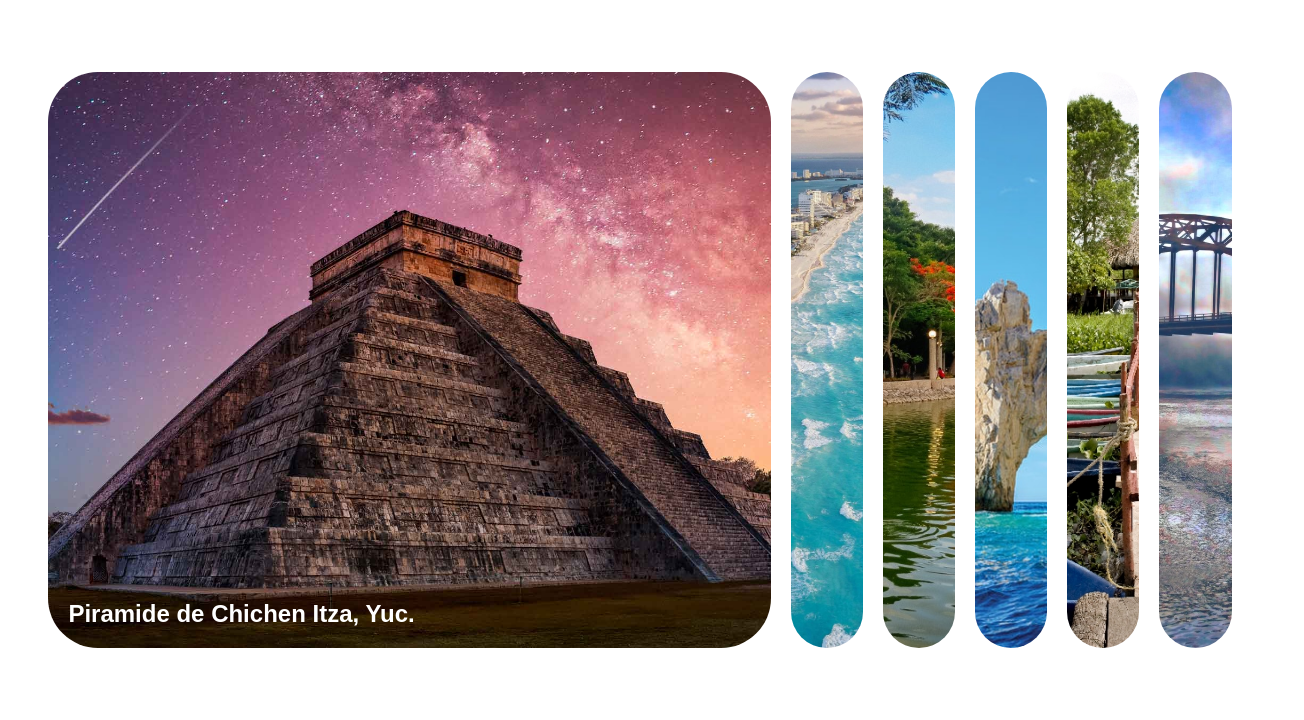
Repository: ElideZavala/Tarjetas-de-Imagenes
Page: index.html
These files come from the project's save history. The page is drawn as it stood at one moment and after the next save; the edit follows.
The browser window is 1280 px wide. The page is 1304 px wide, so the pictures cover 1304 px, including what lies to the right of the window. The pictures show the whole page.
Some web fonts or font styles are not loaded; a fallback is used.

Above is the page before, as saved 2021-05-27 10:55:02.

After the next save:
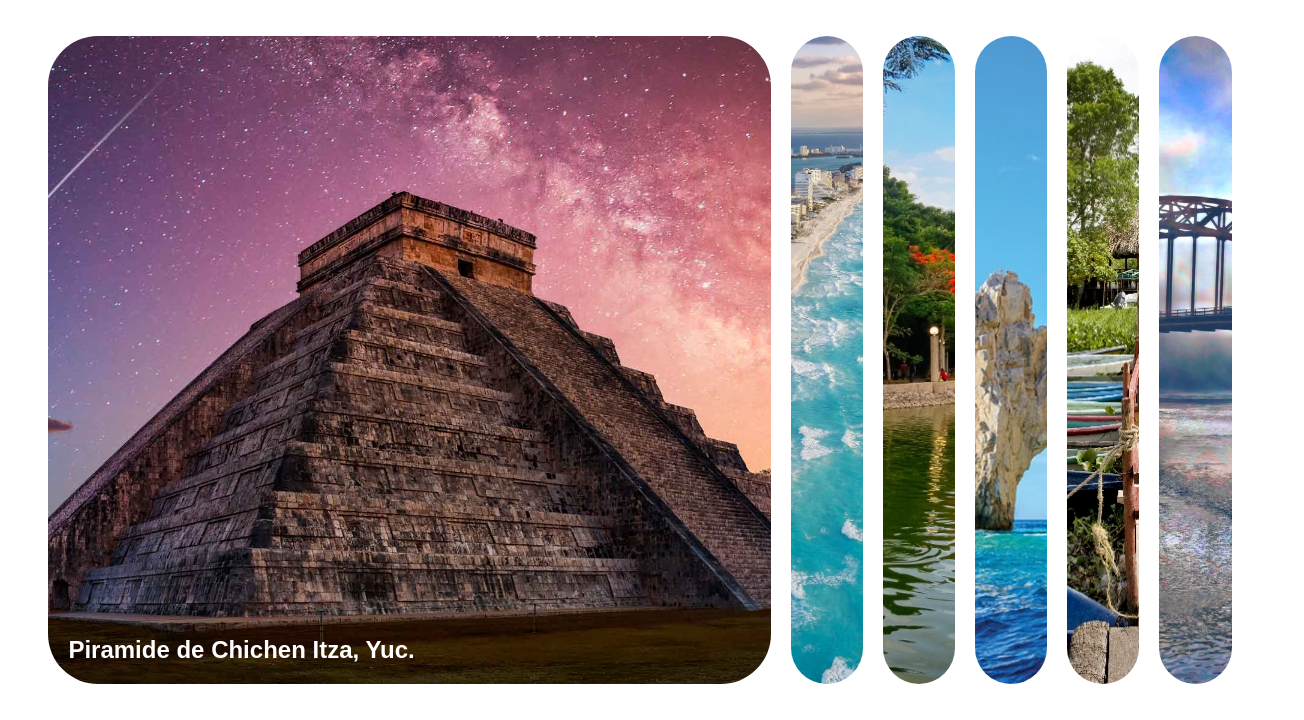
Saved 16 s later.
--- a/style.css
+++ b/style.css
@@ -24,7 +24,7 @@ body {
 	background-size: cover;
 	background-position: center;
 	background-repeat: no-repeat;
-	height: 80vh;
+	height: 90vh;
 	border-radius: 50px;
 	color: #fff;
 	cursor: pointer;
